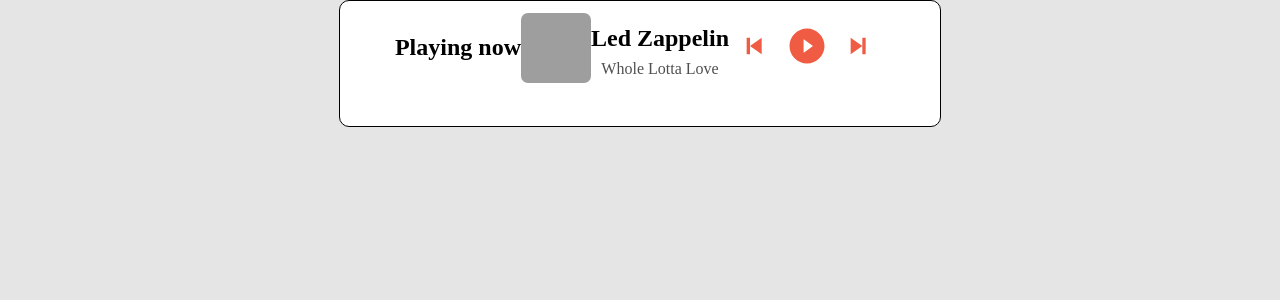
Repository: Sxcram02/playlist
Page: /
These files come from the project's save history. The page is drawn as it stood at one moment and after the next save; the edit follows.
The browser window is 1280 px wide. The pictures show the whole page.
Pictures or frames that could not be fetched are drawn as grey boxes. The page's requests for data from a server got no answer. The project was rebuilt for these pictures with package versions that can differ from the ones it lists, and the page was loaded fresh each time. No one was signed in, and anything a server would have sent is missing.

Above is the page before, as saved 2023-02-23 16:49:35.

After the next save:
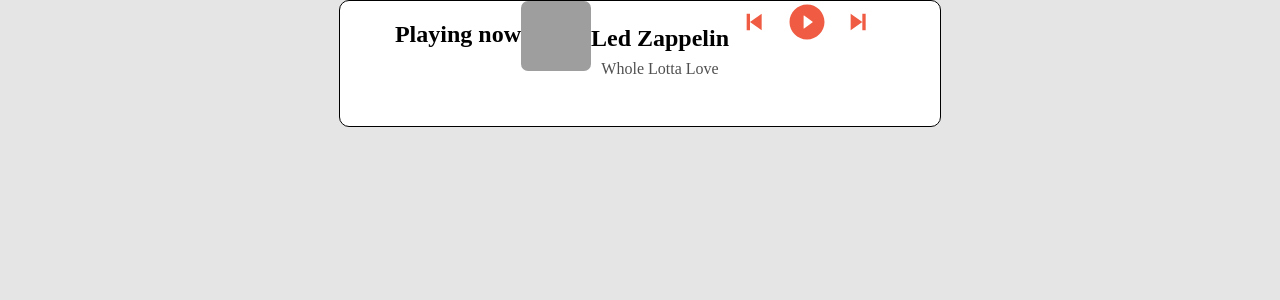
Saved 20 s later.
--- a/src/App.css
+++ b/src/App.css
@@ -8,6 +8,7 @@
     border-radius: 10px;
     margin:auto;
     display: flex;
+    fle
     align-items: center;
     justify-content: center;
 }
